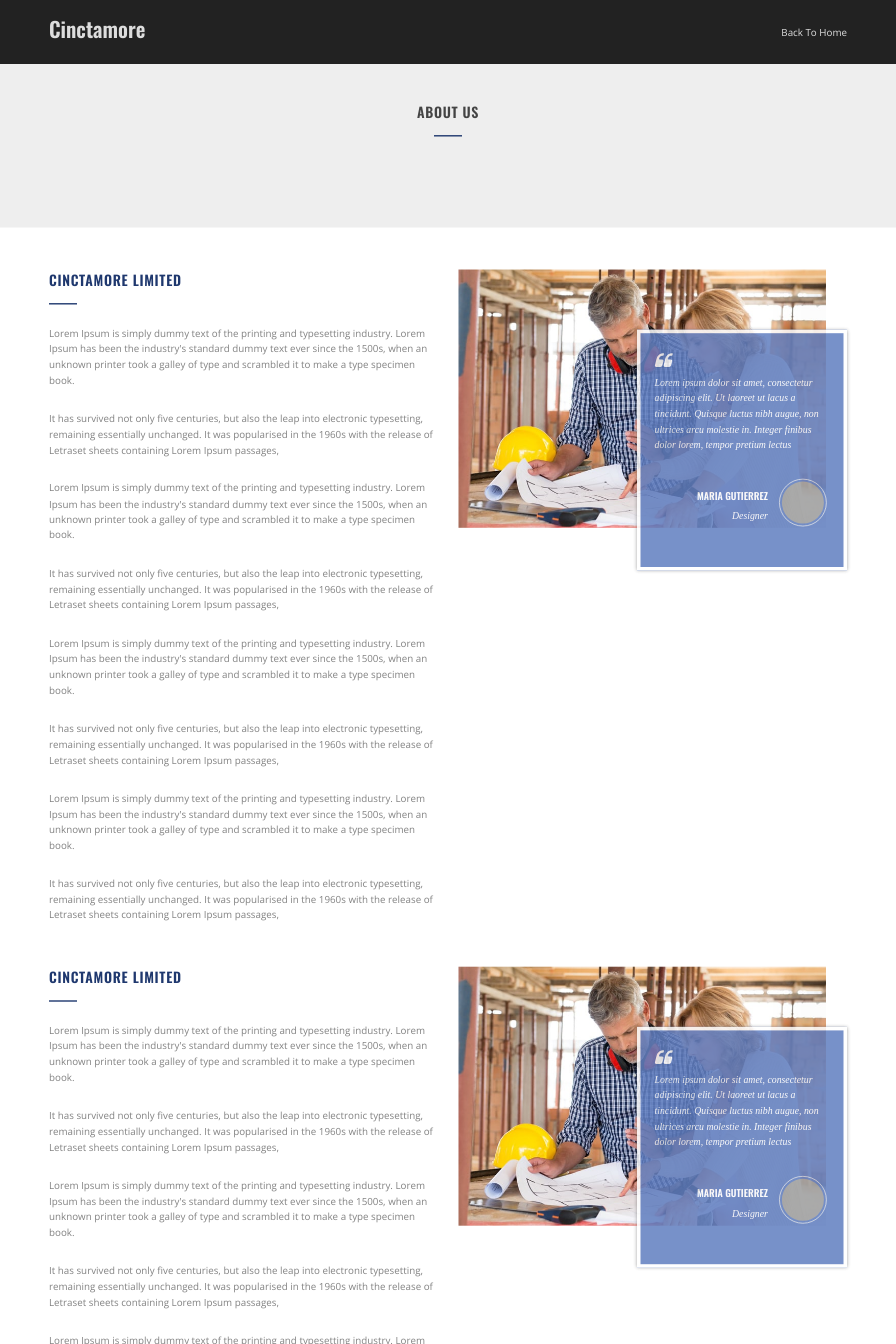
Repository: techieaccl/techieaccl.github.io
Page: about-us.html
An editor plug-in stored every save of this project. The page is shown before and after the next save, followed by the edit.
The browser window is 1280 px wide. The pictures show the part of the page from y = 0 to 1920 px (the page is 3859 px tall before and 3313 px after), at 70% of full size.
Pictures or frames that could not be fetched are drawn as grey boxes. Some web fonts or font styles are not loaded; a fallback is used.

Above is the page before, as saved 2021-09-08 20:35:39.

After the next save:
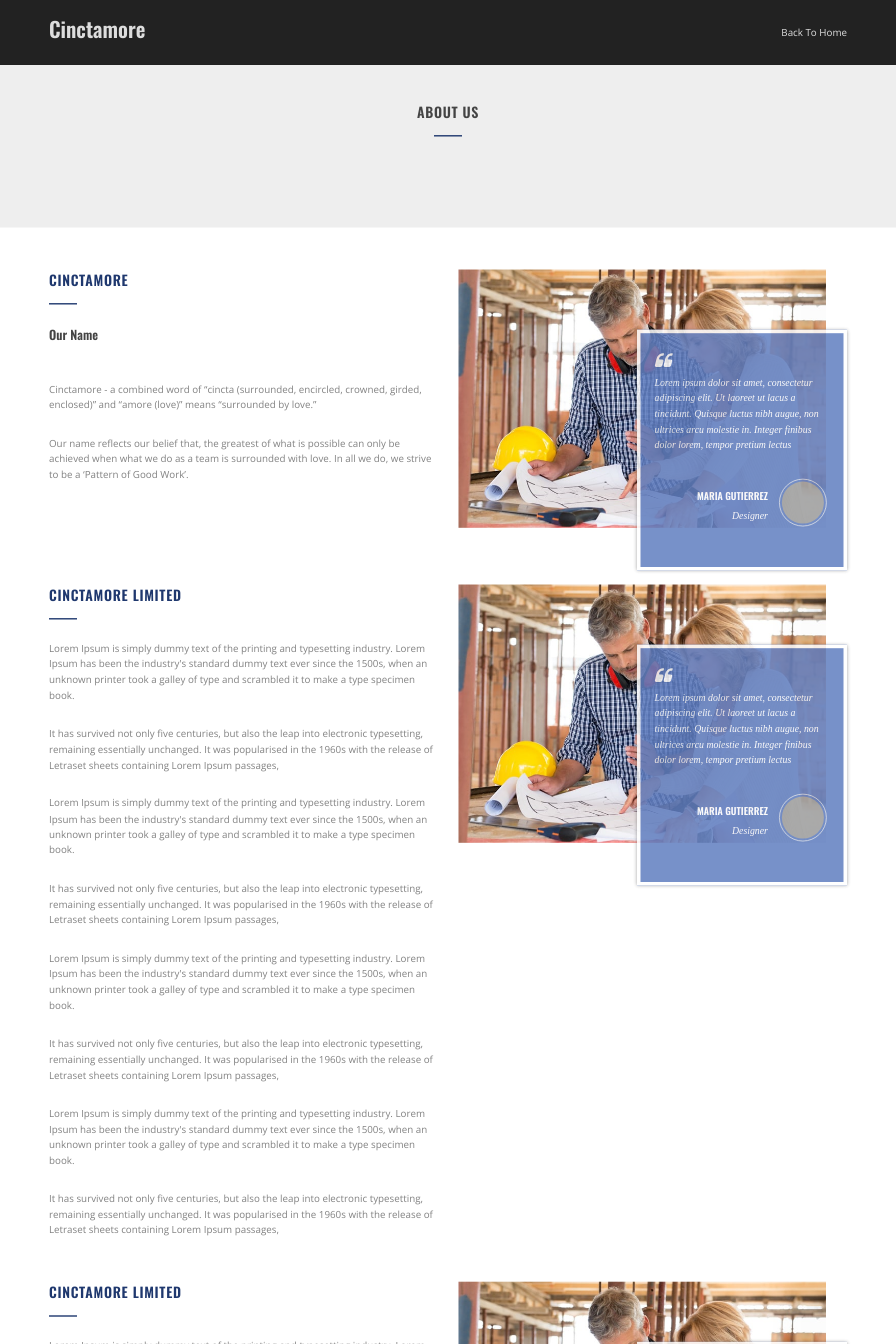
Saved 97 s later.
--- a/about-us.html
+++ b/about-us.html
@@ -75,17 +75,12 @@
 
 									<!-- sec-title -->
 									<div class="sec-title sec-title__lg-title">
-										<h2 class="sec-title__title"><span>Cinctamore Limited</span></h2><span class="sec-title__divider"></span>
-									</div><!-- End / sec-title -->
-
-									<p>Lorem Ipsum is simply dummy text of the printing and typesetting industry. Lorem Ipsum has been the industry's standard dummy text ever since the 1500s, when an unknown printer took a galley of type and scrambled it to make a type specimen book.</p><br>
-									<p>It has survived not only five centuries, but also the leap into electronic typesetting, remaining essentially unchanged. It was popularised in the 1960s with the release of Letraset sheets containing Lorem Ipsum passages,</p><br>
-									<p>Lorem Ipsum is simply dummy text of the printing and typesetting industry. Lorem Ipsum has been the industry's standard dummy text ever since the 1500s, when an unknown printer took a galley of type and scrambled it to make a type specimen book.</p><br>
-									<p>It has survived not only five centuries, but also the leap into electronic typesetting, remaining essentially unchanged. It was popularised in the 1960s with the release of Letraset sheets containing Lorem Ipsum passages,</p><br>
-									<p>Lorem Ipsum is simply dummy text of the printing and typesetting industry. Lorem Ipsum has been the industry's standard dummy text ever since the 1500s, when an unknown printer took a galley of type and scrambled it to make a type specimen book.</p><br>
-									<p>It has survived not only five centuries, but also the leap into electronic typesetting, remaining essentially unchanged. It was popularised in the 1960s with the release of Letraset sheets containing Lorem Ipsum passages,</p><br>
-									<p>Lorem Ipsum is simply dummy text of the printing and typesetting industry. Lorem Ipsum has been the industry's standard dummy text ever since the 1500s, when an unknown printer took a galley of type and scrambled it to make a type specimen book.</p><br>
-									<p>It has survived not only five centuries, but also the leap into electronic typesetting, remaining essentially unchanged. It was popularised in the 1960s with the release of Letraset sheets containing Lorem Ipsum passages,</p><br>
+										<h2 class="sec-title__title"><span>Cinctamore </span></h2><span class="sec-title__divider"></span>
+									</div><!-- End / sec-title -->
+
+									<h4><p><strong>Our Name</strong></p></h4><br><br>
+									<p>Cinctamore - a combined word of “cincta (surrounded, encircled, crowned, girded, enclosed)” and “amore (love)” means “surrounded by love.”</p><br>
+									<p>Our name reflects our belief that, the greatest of what is possible can only be achieved when what we do as a team is surrounded with love. In all we do, we strive to be a ‘Pattern of Good Work’. </p><br>
 								</div>
 							</div>
 							<div class="col-lg-6 ">
